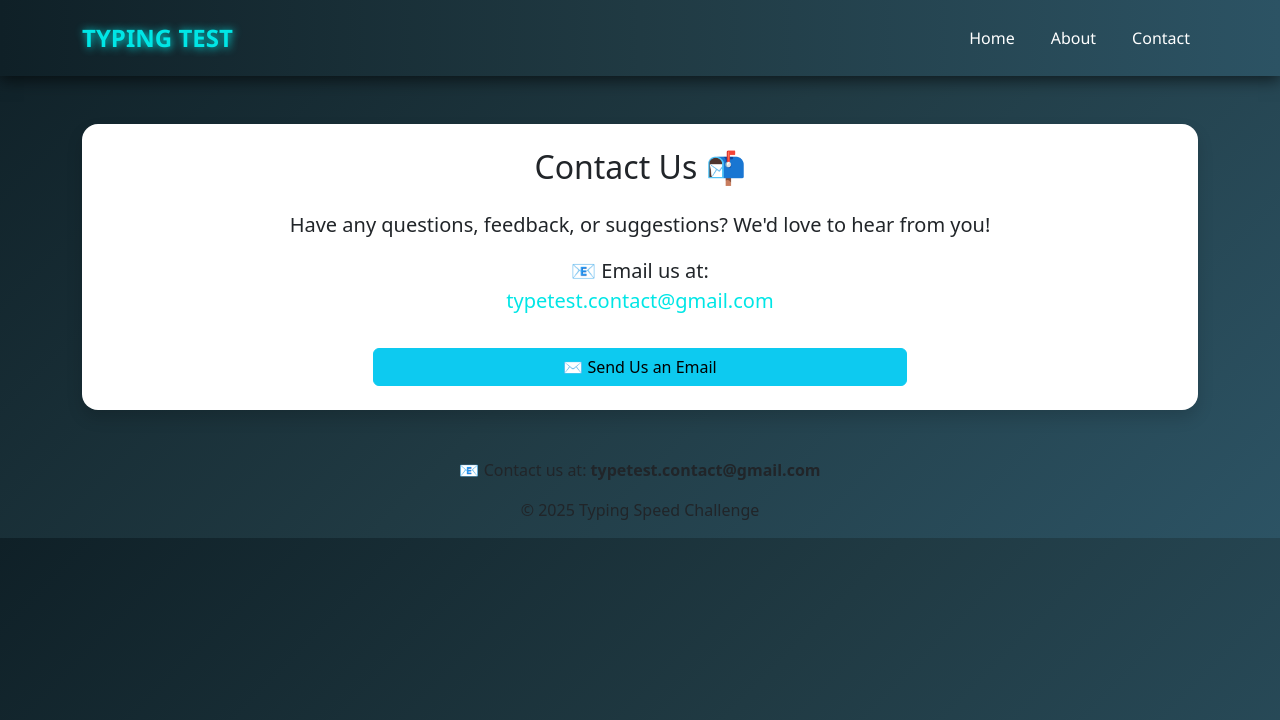
Repository: SHAHZADcodr/typing-test-react
Page: /contact
An editor plug-in stored every save of this project. The page is shown before and after the next save, followed by the edit.
The browser window is 1280 px wide. The pictures show the whole page.
The project was rebuilt for these pictures with package versions that can differ from the ones it lists, and the page was loaded fresh each time. Also part of the build but not shown: src/customCss/Home.css, src/pages/Home.jsx, src/customCss/About.css, src/pages/About.jsx, src/customCss/Game.css, src/pages/Game.jsx, src/customCss/GameOver.css, src/pages/GameOver.jsx. Imported but missing from the stored project, and not drawn on this page: src/assets/background.mp3, src/assets/pop.mp3.

Above is the page before, as saved 2025-04-09 15:49:33.

### src/index.js
import React from 'react';
import "bootstrap/dist/css/bootstrap.min.css";
import ReactDOM from 'react-dom/client';
import './index.css';
import App from './App';
import { BrowserRouter } from 'react-router-dom';
import reportWebVitals from './reportWebVitals';

const root = ReactDOM.createRoot(document.getElementById('root'));
root.render(
  <React.StrictMode>
    <BrowserRouter>
      <App />
    </BrowserRouter>
  </React.StrictMode>
);

// If you want to start measuring performance in your app, pass a function
// to log results (for example: reportWebVitals(console.log))
// or send to an analytics endpoint. Learn more: https://bit.ly/CRA-vitals
reportWebVitals();

### src/index.css
body {
  margin: 0;
  background: linear-gradient(135deg, #0f2027,
  #203a43, #2c5364);
}

### src/App.js
import {Routes,Route} from "react-router-dom";
import './App.css';
//pages
import Home  from "./pages/Home";
import About from "./pages/About";
import Contact from "./pages/Contact";
import Game from "./pages/Game";
import GameOver from "./pages/GameOver";

//components
import Navigation from "./components/Navbar";

function App() {
  return (
    <>
    <Navigation/>
    <Routes>
      <Route path="/" element={<Home/>}/>
      <Route path="*" element={<Home/>}/>
      <Route path="/about" element={<About/>}/>
      <Route path="/contact" element={<Contact/>}/>
      <Route path="/game" element={<Game/>}/>
      <Route path="/gameOver" element={<GameOver/>}/>

    </Routes>
    </>

  );
}

export default App;

### src/App.css
.custom-navbar {
  background: linear-gradient(to right, #0f2027, #203a43, #2c5364) !important;
  padding: 15px 20px;
  box-shadow: 0 4px 15px rgba(0, 0, 0, 0.6);
  font-family: 'Segoe UI', Tahoma, Geneva, Verdana, sans-serif;
}

.custom-navbar .navbar-brand {
  color: #00e6e6 !important;
  font-weight: bold;
  font-size: 1.5rem;
  text-shadow: 1px 1px 8px #00e6e6;
}

.custom-navbar .nav-link {
  color: #ffffff !important;
  margin-left: 20px;
  transition: color 0.3s ease, transform 0.2s ease;
  font-weight: 500;
}

.custom-navbar .nav-link:hover {
  color: #00e6e6 !important;
  transform: scale(1.05);
  text-shadow: 0 0 5px #00e6e6;
}

.custom-navbar .navbar-toggler {
  background-color: #00e6e6;
}

### src/pages/Contact.jsx
// src/pages/Contact.jsx
import React from 'react';
import { Container, Card, Button } from 'react-bootstrap';
import '../customCss/Contact.css';

const Contact = () => {
  const currentYear = new Date().getFullYear();

  return (
      <Container className="mt-5 contact-container">
        <Card className="contact-card shadow border-0 rounded-4 text-center p-4">
          <h2 className="mb-4 text-glow">Contact Us 📬</h2>
          <p className="lead">
            Have any questions, feedback, or suggestions? We'd love to hear from you!
          </p>
          <p className="fs-5">
            📧 Email us at:<br />
            <strong>
              <a
                href="mailto:typetest.contact@gmail.com"
                className="contact-email-link"
              >
                typetest.contact@gmail.com
              </a>
            </strong>
          </p>

          <Button
            variant="info"
            href="mailto:typetest.contact@gmail.com"
            className="mt-3 w-50 mx-auto"
          >
            ✉️ Send Us an Email
          </Button>
        </Card>

        <footer className="contact-footer mt-5 text-center">
          <p>📧 Contact us at: <strong>typetest.contact@gmail.com</strong></p>
          <p>© {currentYear} Typing Speed Challenge</p>
        </footer>
      </Container>
  );
};

export default Contact;

### src/components/Navbar.jsx
import React from 'react';
import { Navbar, Nav, Container } from 'react-bootstrap';
import { Link } from 'react-router-dom';
import '../App.css'; // Make sure this path is correct

const Navigation = () => {
  return (
    <Navbar expand="lg" className="custom-navbar" variant="dark">
      <Container>
        <Navbar.Brand as={Link} to="/">TYPING TEST</Navbar.Brand>
        <Navbar.Toggle aria-controls="basic-navbar-nav" />
        <Navbar.Collapse id="basic-navbar-nav">
          <Nav className="ms-auto">
            <Nav.Link as={Link} to="/">Home</Nav.Link>
            <Nav.Link as={Link} to="/about">About</Nav.Link>
            <Nav.Link as={Link} to="/contact">Contact</Nav.Link>
          </Nav>
        </Navbar.Collapse>
      </Container>
    </Navbar>
  );
};

export default Navigation;

### src/customCss/Contact.css
.contact-container{
  background-color: rgba
  (255, 255, 255, 0.05);
}

.contact-email-link {
  color: #00e6e6;
  text-decoration: none;
  font-weight: 500;
}

.contact-email-link:hover {
  text-decoration: underline;
  color: #00ffff;
}

Loaded but not shown: public/index.html (common file); src/reportWebVitals.js (common file)

After the next save:
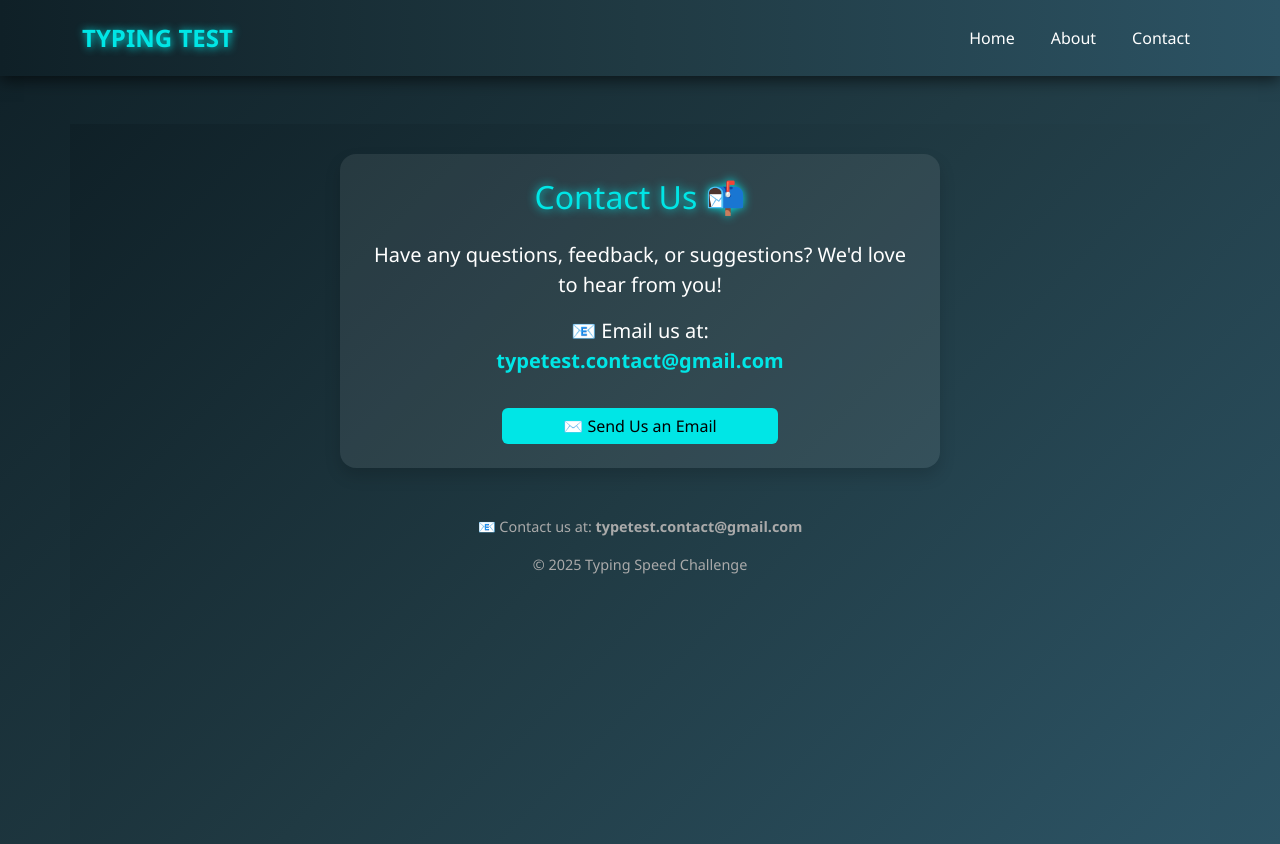
Saved 66 s later.
--- a/src/customCss/Contact.css
+++ b/src/customCss/Contact.css
@@ -1,15 +1,52 @@
-.contact-container{
-  background-color: rgba
-  (255, 255, 255, 0.05);
+.contact-container {
+  min-height: 100vh;
+  background: linear-gradient(135deg, #0f2027, #203a43, #2c5364);
+  color: #ffffff;
+  padding: 30px 0;
+  font-family: 'Segoe UI', Tahoma, Geneva, Verdana, sans-serif;
+}
+
+.contact-card {
+  background-color: rgba(255, 255, 255, 0.08);
+  color: #ffffff;
+  padding: 30px;
+  max-width: 600px;
+  margin: 0 auto;
+}
+
+.text-glow {
+  color: #00e6e6;
+  text-shadow: 0 0 10px #00e6e6;
 }
 
 .contact-email-link {
   color: #00e6e6;
   text-decoration: none;
-  font-weight: 500;
+  word-break: break-all;
+  display: inline-block;
 }
 
 .contact-email-link:hover {
+  color: #00ffff;
   text-decoration: underline;
-  color: #00ffff;
 }
+
+.contact-footer {
+  margin-top: 40px;
+  color: #aaa;
+  font-size: 0.9rem;
+}
+
+.btn-info {
+  background-color: #00e6e6 !important;
+  border: none;
+  color: #000 !important;
+  font-weight: 500;
+  transition: all 0.3s ease;
+}
+
+.btn-info:hover {
+  background-color: #00ffff !important;
+  color: #000 !important;
+  box-shadow: 0 0 10px #00e6e6;
+}
